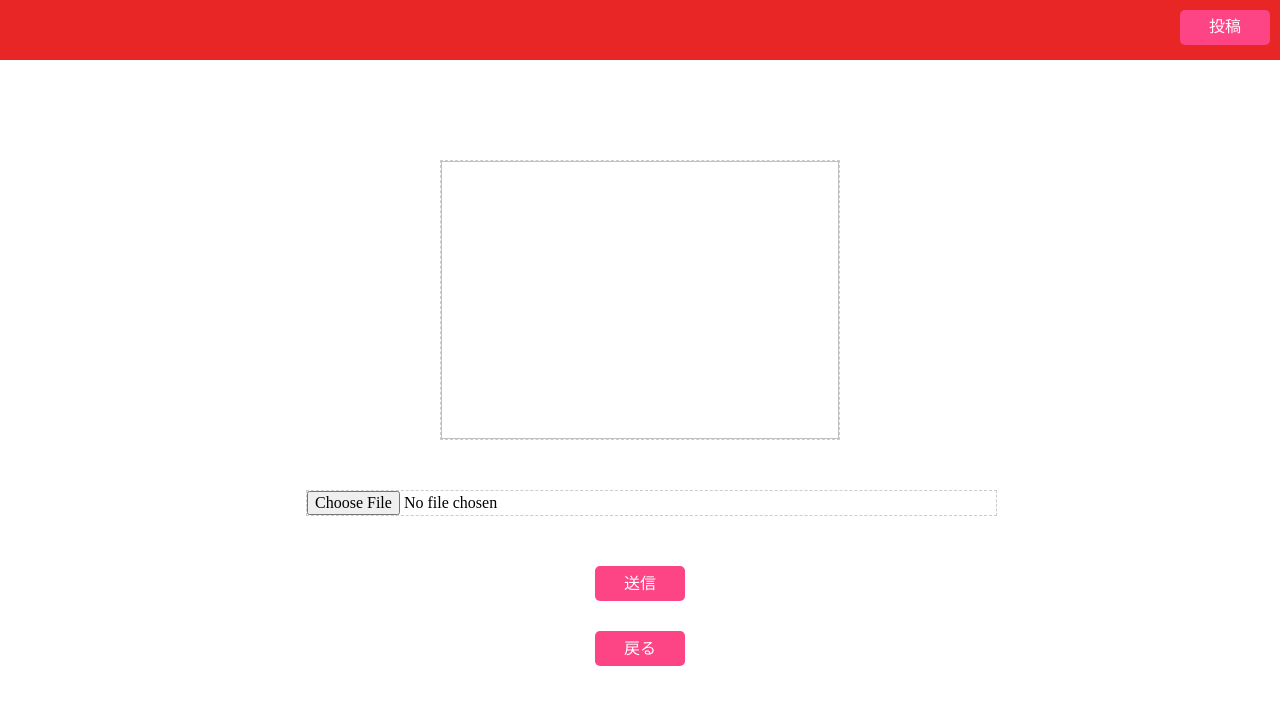
Repository: masaharu0090/yuibon_001
Page: http://localhost/ImagePosting_08.04/views/postImageForm.php?id=25
The author's editor kept a copy of each file at every save. The page is drawn from the files as they stood at one save, then again after the next save.
The browser window is 1280 px wide. The pictures show the whole page.
The page is run by PHP 8.4 with error messages shown; the project is at /var/www/html/.

Above is the page before, as saved 2023-08-05 00:10:42.

After the next save:
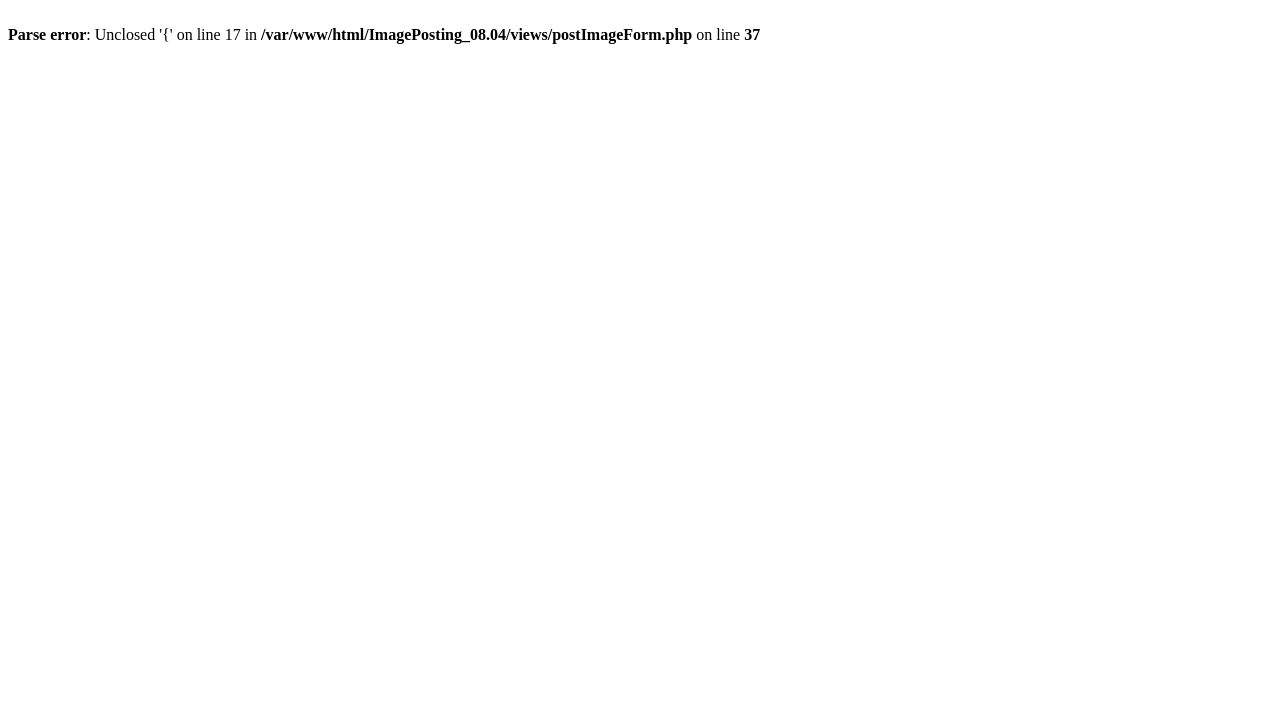
Saved 15 min 33 s later.
--- a/ImagePosting_08.04/views/postImageForm.php
+++ b/ImagePosting_08.04/views/postImageForm.php
@@ -15,12 +15,11 @@
         <?php if(isset($_GET['id'])) { ?>
         <form action="../api/updateImage.php?php echo($_GET['id']); ?>" method="post" enctype="multipart/form-data">
             <?php } else { ?>
-            <form action="../api/postImage.php" method="post" enctype="multipart/form-data">
-                <?php } ?>
-                <img id="preview">
-                <input type="file" name="file" onchange="previewFile(this);">
-                <button type="submit" name="submit">送信</button>
+            <form action="api/postImage.php" method="post" enctype="multipart/form-data">
+                <input type="file" name="image">
+                <input type="submit" name="submit" value="画像をアップロード">
             </form>
+
             <button onclick="location.href='./index.php';" class="backButton">戻る</button>
     </div>
 </body>

After the save that followed:
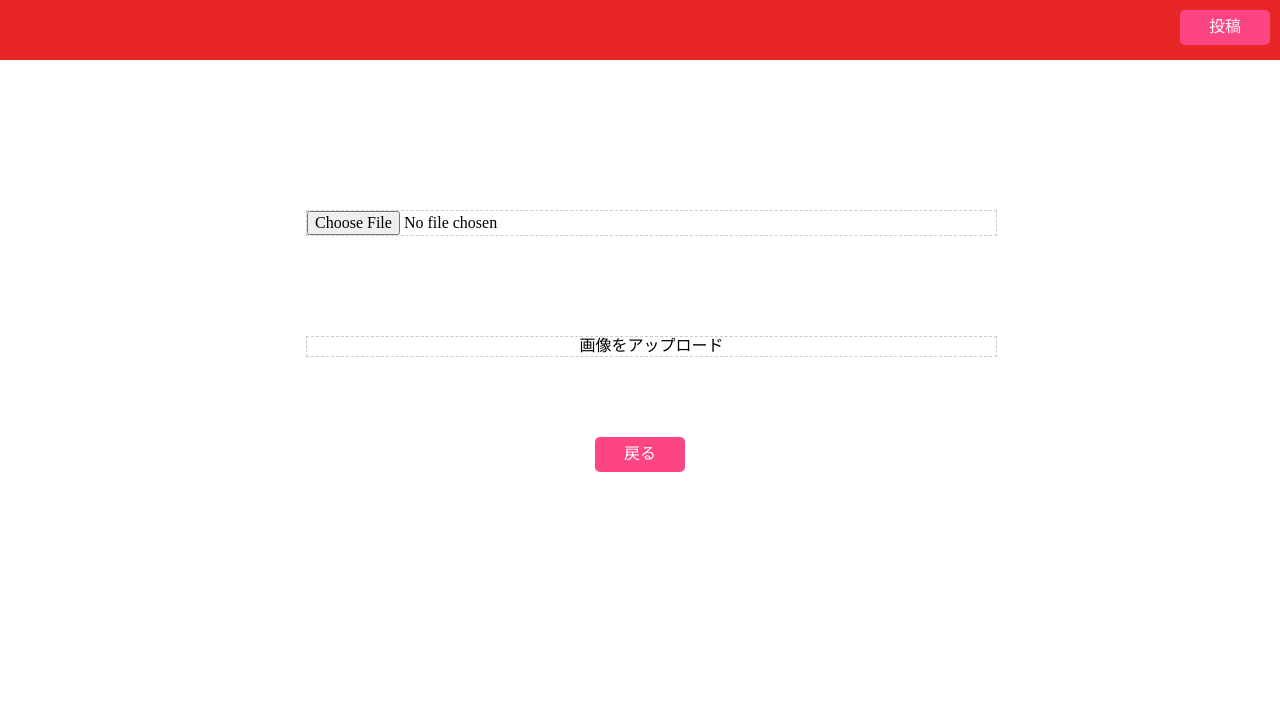
Saved 11 s later.
--- a/ImagePosting_08.04/views/postImageForm.php
+++ b/ImagePosting_08.04/views/postImageForm.php
@@ -14,7 +14,7 @@
     <div class="submitImage">
         <?php if(isset($_GET['id'])) { ?>
         <form action="../api/updateImage.php?php echo($_GET['id']); ?>" method="post" enctype="multipart/form-data">
-            <?php } else { ?>
+            <?php } else ?>
             <form action="api/postImage.php" method="post" enctype="multipart/form-data">
                 <input type="file" name="image">
                 <input type="submit" name="submit" value="画像をアップロード">
